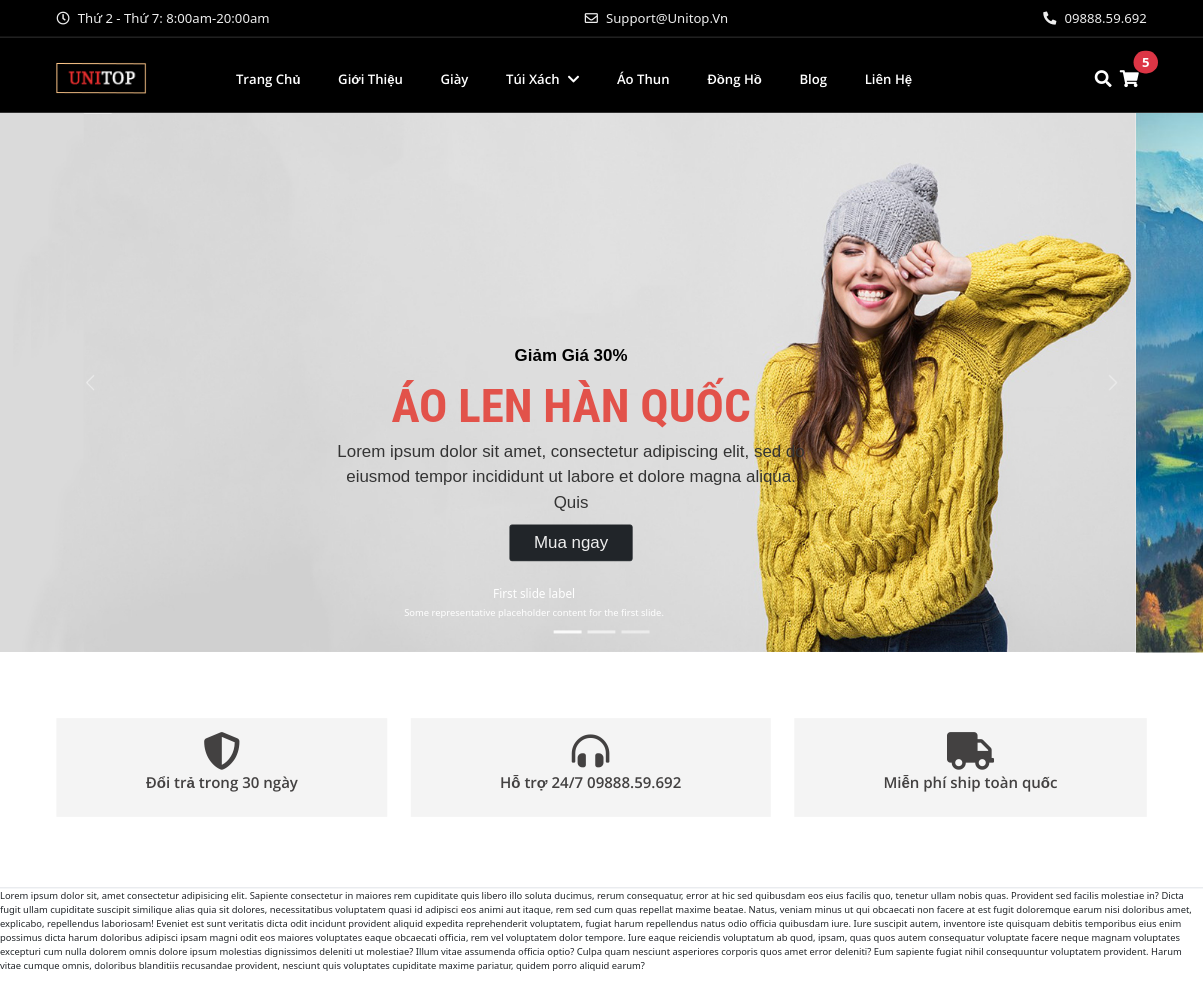
Repository: vinhtk0209/clothes-shop
Page: index.html
The author's editor kept a copy of each file at every save. The page is drawn from the files as they stood at one save, then again after the next save.
The browser window is 1280 px wide. The pictures show the whole page, at 94% of full size.

Above is the page before, as saved 2021-10-04 17:54:42.

### index.html
<!DOCTYPE html>
<html lang="en">
  <head>
    <meta charset="UTF-8" />
    <meta http-equiv="X-UA-Compatible" content="IE=edge" />
    <meta name="viewport" content="width=device-width, initial-scale=1.0" />
    <title>UNI-SHOP</title>
    <link rel="stylesheet" href="assets/css/reset.css" />
    <link rel="stylesheet" href="assets/fontawesome/css/all.css" />
    <link rel="stylesheet" href=" assets/boostrap/css/bootstrap.min.css" />
    <link rel="preconnect" href="https://fonts.googleapis.com" />
    <link rel="preconnect" href="https://fonts.gstatic.com" crossorigin />
    <link
      href="https://fonts.googleapis.com/css2?family=Open+Sans:wght@400;600;700&display=swap"
      rel="stylesheet"
    />
    <script src="assets/js/jquery.min.js"></script>
    <link rel="stylesheet" href="assets/css/main.css" />
  </head>
  <body>
    <div id="wrapper">
      <div id="header">

          <div class="header-info">
            <div class="container-1160">
            <ul
              class="
                list-info list-unstyled
                d-flex
                justify-content-between
                align-items-center
              "
            >
              <li>
                <p class="header-descr time-contact">
                  <span class="icon-time">
                    <!-- icon time -->
                    <i class="far fa-clock"></i>
                  </span>
                  <span class="descr-time ps-2 descr"
                    >thứ 2 - thứ 7: 8:00am-20:00am</span
                  >
                </p>
              </li>
              <li>
                <p class="header-descr email-contact">
                  <span class="icon-email">
                    <!-- icon email -->
                    <i class="far fa-envelope"></i>
                  </span>
                  <span class="descr-email ps-2 descr"> support@unitop.vn </span>
                </p>
              </li>
              <li>
                <p class="header-descr phone-number">
                  <span class="icon-phone">
                    <!-- icon phone -->
                    <i class="fas fa-phone-alt"></i>
                  </span>
                  <span class="descr-phone ps-2 descr"> 09888.59.692 </span>
                </p>
              </li>
            </ul>
          </div>
          </div>
          <!-- END HEADER-INFO -->
          <div
            class="header-menu d-flex align-items-center container-1160"

          >

            <div class="header-menu-logo mr-95">
              <a href="" class="logo-link">
                <img src="assets/images/logo.png" alt="logo" />
              </a>
            </div>
            <div class="header-menu-list ">
              <ul
                class="
                  list-menu
                  d-flex

                  align-items-center list-unstyled
                "
              >
                <li>
                  <a href="" class="list-name text-decoration-none">Trang chủ</a>
                </li>
                <li>
                  <a href="" class="list-name text-decoration-none">Giới thiệu</a>
                </li>
                <li>
                  <a href="" class="list-name text-decoration-none">Giày</a>
                </li>
                <li class="position-relative list-product">
                  <a href="" class="list-name text-decoration-none "
                    >Túi xách
                    <span class="icon-arrow-down ps-2">
                      <!-- icon arrow down -->
                      <i class="fas fa-chevron-down"></i>
                    </span></a
                  >

                  <ul class="sub-menu list-unstyled position-absolute  bg-submenu ">

                    <li>
                      <a href="" class="text-decoration-none color-submenu ">
                        túi xách tay nữ
                      </a>
                    </li>
                    <li>
                      <a href="" class="text-decoration-none  color-submenu">
                        túi đeo chéo nữ
                      </a>
                    </li>
                    <li>
                      <a href="" class="text-decoration-none color-submenu">
                        túi bản to
                      </a>
                    </li>
                    <li>
                      <a href="" class="text-decoration-none color-submenu">
                        túi đeo vai
                      </a>
                    </li>
                  </ul>
                </li>
                <li>
                  <a href="" class="list-name text-decoration-none">áo thun</a>
                </li>
                <li>
                  <a href="" class="list-name text-decoration-none">đồng hồ</a>
                </li>
                <li>
                  <a href="" class="list-name text-decoration-none">blog</a>
                </li>
                <li>
                  <a href="" class="list-name text-decoration-none">liên hệ</a>
                </li>
              </ul>
            </div>
            <!-- END MENU-LIST -->
            <div
              class="
                header-menu-function
                d-flex
                justify-content-between
                align-items-center
                ms-auto
              "
            >
              <div class="icon-search text-white ">
                <span class="search fs-18">
                  <!-- icon search -->
                  <span><i class="fas fa-search"></i></span>
                </span>
              </div>
              <div class="icon-cart">
                <a
                  href=""
                  class="btn text-white position-relative"
                >
                  <span class="fs-18">
                    <!-- icon cart  -->
                    <i class="fas fa-shopping-cart"></i>
                  </span>
                  <span
                    class="
                      position-absolute
                      top-0
                      start-100
                      translate-middle
                      badge
                      rounded-pill
                      bg-danger
                      fs-14
                    "
                  >
                    5
                  </span>
                </a>
              </div>
            </div>
          </div>
          <!-- END HEADER MENU -->
        </div>
      </div>
      <div id="slide" class="slide">
        <div id="carouselExampleIndicators" class="carousel slide" data-bs-ride="carousel">
          <div class="carousel-indicators">
            <button type="button" data-bs-target="#carouselExampleIndicators" data-bs-slide-to="0" class="active bg-btn-slide" aria-current="true" aria-label="Slide 1"></button>
            <button type="button" data-bs-target="#carouselExampleIndicators" data-bs-slide-to="1" aria-label="Slide 2 "
            class="bg-btn-slide"></button>
            <button type="button" data-bs-target="#carouselExampleIndicators" data-bs-slide-to="2" aria-label="Slide 3"
            class="bg-btn-slide"></button>
          </div>
          <div class="carousel-inner">
            <div class="carousel-item active">
              <img src="assets/images/slide-1.png" class="d-block w-100" alt="...">
              <div class="carousel-caption d-none d-md-block">
                <h5>First slide label</h5>
                <p>Some representative placeholder content for the first slide.</p>
              </div>
            </div>
            <div class="carousel-item">
              <img src="assets/images/slide-2.jpg" class="d-block w-100" alt="...">
            </div>
            <div class="carousel-item">
              <img src="assets/images/slide-3.png" class="d-block w-100" alt="...">
            </div>
          </div>
          <button class="carousel-control-prev" type="button" data-bs-target="#carouselExampleIndicators" data-bs-slide="prev">
            <span class="carousel-control-prev-icon" aria-hidden="true"></span>
            <span class="visually-hidden">Previous</span>
          </button>
          <button class="carousel-control-next" type="button" data-bs-target="#carouselExampleIndicators" data-bs-slide="next">
            <span class="carousel-control-next-icon" aria-hidden="true"></span>
            <span class="visually-hidden">Next</span>
          </button>
        </div>
        <!-- CARD INFO -->
          <div class="card-img-overlay card-descr text-center">
            <p class="discount fs-18 fw-bold color-p-card-discount">Giảm Giá 30%</p>
            <h4 class="product-name fw-bold">
              ÁO LEN HÀN QUỐC
            </h4>
            <p class="descr fs-18 color-p-card-descr fw-regular   ">
              Lorem ipsum dolor sit amet, consectetur adipiscing elit, sed do eiusmod tempor incididunt ut labore et dolore magna aliqua. Quis
            </p>
            <button type="button" class="btn btn-dark btn-buynow fs-18 text-button fw-regular pd-btn">Mua ngay</button>
          </div>
      </div>
      <!-- END SLIDE -->
      <div id="special-offer " class="special-offer pd-bottom-75  border-bottom" >
        <div class="container-1160 d-flex justify-content-between align-items-center text-center">
          <div class="return-time box-offer">
            <span class="icon-return-time d-block ">
              <!-- icon return  -->
              <i class="fas fa-shield-alt fs-40"></i>
            </span>
            <p class="special__offer--descr m-0 ">
              Đổi trả trong 30 ngày
            </p>
          </div>
          <!-- END RETURN TIME -->
          <div class="special__offer--support-phone box-offer">
            <span class="icon-return-time d-block ">
              <!-- icon headphone  -->
              <i class="fas fa-headphones-alt fs-40"></i>

            </span>
            <p class="special__offer--descr m-0 ">
              Hỗ trợ 24/7 09888.59.692
            </p>
          </div>
          <!-- END SUPPORT PHONE -->
          <div class="special__offer--freeship box-offer">
            <span class="icon-return-time d-block ">
              <!-- icon truck  -->
              <i class="fas fa-truck fs-40"></i>
            </span>
            <p class="special__offer--descr m-0 ">
              Miễn phí ship toàn quốc
            </p>
          </div>
          <!-- END FREESHIP -->
        </div>
      </div>
      <!-- END SPECIAL OFFER -->
      <!-- END HEADER -->
      <div id="content">
       <p>Lorem ipsum dolor sit, amet consectetur adipisicing elit. Sapiente consectetur in maiores rem cupiditate quis libero illo soluta ducimus, rerum consequatur, error at hic sed quibusdam eos eius facilis quo, tenetur ullam nobis quas. Provident sed facilis molestiae in? Dicta fugit ullam cupiditate suscipit similique alias quia sit dolores, necessitatibus voluptatem quasi id adipisci eos animi aut itaque, rem sed cum quas repellat maxime beatae. Natus, veniam minus ut qui obcaecati non facere at est fugit doloremque earum nisi doloribus amet, explicabo, repellendus laboriosam! Eveniet est sunt veritatis dicta odit incidunt provident aliquid expedita reprehenderit voluptatem, fugiat harum repellendus natus odio officia quibusdam iure. Iure suscipit autem, inventore iste quisquam debitis temporibus eius enim possimus dicta harum doloribus adipisci ipsam magni odit eos maiores voluptates eaque obcaecati officia, rem vel voluptatem dolor tempore. Iure eaque reiciendis voluptatum ab quod, ipsam, quas quos autem consequatur voluptate facere neque magnam voluptates excepturi cum nulla dolorem omnis dolore ipsum molestias dignissimos deleniti ut molestiae? Illum vitae assumenda officia optio? Culpa quam nesciunt asperiores corporis quos amet error deleniti? Eum sapiente fugiat nihil consequuntur voluptatem provident. Harum vitae cumque omnis, doloribus blanditiis recusandae provident, nesciunt quis voluptates cupiditate maxime pariatur, quidem porro aliquid earum?</p>
      </div>
      <!-- END CONTENT -->
      <div id="footer"></div>
      <!-- END FOOTER -->
    </div>
    <!-- END WRAPPER -->
    <script src="assets/js/bootstrap.bundle.min.js"></script>
    <script src="assets/js/popper.min.js"></script>
  </body>
</html>

### assets/css/reset.css
/*
 * Bootstrap Reboot v4.3.1 (https://getbootstrap.com/)
 * Copyright 2011-2019 The Bootstrap Authors
 * Copyright 2011-2019 Twitter, Inc.
 * Licensed under MIT (https://github.com/twbs/bootstrap/blob/master/LICENSE)
 * Forked from Normalize.css, licensed MIT (https://github.com/necolas/normalize.css/blob/master/LICENSE.md)
 */

*,
*::before,
*::after {
    box-sizing: border-box;
}

html {
    font-family: sans-serif;
    line-height: 1.15;
    -webkit-text-size-adjust: 100%;
    -webkit-tap-highlight-color: rgba(0, 0, 0, 0);
}

article,
aside,
figcaption,
figure,
footer,
header,
hgroup,
main,
nav,
section {
    display: block;
}

body {
    margin: 0;
    font-family: -apple-system, BlinkMacSystemFont, "Segoe UI", Roboto, "Helvetica Neue", Arial, "Noto Sans", sans-serif, "Apple Color Emoji", "Segoe UI Emoji", "Segoe UI Symbol", "Noto Color Emoji";
    font-size: 1rem;
    font-weight: 400;
    line-height: 1.5;
    color: #212529;
    text-align: left;
    background-color: #fff;
}

[tabindex="-1"]:focus {
    outline: 0 !important;
}

hr {
    box-sizing: content-box;
    height: 0;
    overflow: visible;
}

h1,
h2,
h3,
h4,
h5,
h6 {
    margin-top: 0;
    margin-bottom: 0.5rem;
}

p {
    margin-top: 0;
    margin-bottom: 1rem;
}

abbr[title],
abbr[data-original-title] {
    text-decoration: underline;
    -webkit-text-decoration: underline dotted;
    text-decoration: underline dotted;
    cursor: help;
    border-bottom: 0;
    -webkit-text-decoration-skip-ink: none;
    text-decoration-skip-ink: none;
}

address {
    margin-bottom: 1rem;
    font-style: normal;
    line-height: inherit;
}

ol,
ul,
dl {
    margin-top: 0;
    margin-bottom: 1rem;
}

ol ol,
ul ul,
ol ul,
ul ol {
    margin-bottom: 0;
}

dt {
    font-weight: 700;
}

dd {
    margin-bottom: .5rem;
    margin-left: 0;
}

blockquote {
    margin: 0 0 1rem;
}

b,
strong {
    font-weight: bolder;
}

small {
    font-size: 80%;
}

sub,
sup {
    position: relative;
    font-size: 75%;
    line-height: 0;
    vertical-align: baseline;
}

sub {
    bottom: -.25em;
}

sup {
    top: -.5em;
}

a {
    color: #007bff;
    text-decoration: none;
    background-color: transparent;
}

a:hover {
    color: #0056b3;
    text-decoration: underline;
}

a:not([href]):not([tabindex]) {
    color: inherit;
    text-decoration: none;
}

a:not([href]):not([tabindex]):hover,
a:not([href]):not([tabindex]):focus {
    color: inherit;
    text-decoration: none;
}

a:not([href]):not([tabindex]):focus {
    outline: 0;
}

pre,
code,
kbd,
samp {
    font-family: SFMono-Regular, Menlo, Monaco, Consolas, "Liberation Mono", "Courier New", monospace;
    font-size: 1em;
}

pre {
    margin-top: 0;
    margin-bottom: 1rem;
    overflow: auto;
}

figure {
    margin: 0 0 1rem;
}

img {
    vertical-align: middle;
    border-style: none;
}

svg {
    overflow: hidden;
    vertical-align: middle;
}

table {
    border-collapse: collapse;
}

caption {
    padding-top: 0.75rem;
    padding-bottom: 0.75rem;
    color: #6c757d;
    text-align: left;
    caption-side: bottom;
}

th {
    text-align: inherit;
}

label {
    display: inline-block;
    margin-bottom: 0.5rem;
}

button {
    border-radius: 0;
}

button:focus {
    outline: 1px dotted;
    outline: 5px auto -webkit-focus-ring-color;
}

input,
button,
select,
optgroup,
textarea {
    margin: 0;
    font-family: inherit;
    font-size: inherit;
    line-height: inherit;
}

button,
input {
    overflow: visible;
}

button,
select {
    text-transform: none;
}

select {
    word-wrap: normal;
}

button,
[type="button"],
[type="reset"],
[type="submit"] {
    -webkit-appearance: button;
}

button:not(:disabled),
[type="button"]:not(:disabled),
[type="reset"]:not(:disabled),
[type="submit"]:not(:disabled) {
    cursor: pointer;
}

button::-moz-focus-inner,
[type="button"]::-moz-focus-inner,
[type="reset"]::-moz-focus-inner,
[type="submit"]::-moz-focus-inner {
    padding: 0;
    border-style: none;
}

input[type="radio"],
input[type="checkbox"] {
    box-sizing: border-box;
    padding: 0;
}

input[type="date"],
input[type="time"],
input[type="datetime-local"],
input[type="month"] {
    -webkit-appearance: listbox;
}

textarea {
    overflow: auto;
    resize: vertical;
}

fieldset {
    min-width: 0;
    padding: 0;
    margin: 0;
    border: 0;
}

legend {
    display: block;
    width: 100%;
    max-width: 100%;
    padding: 0;
    margin-bottom: .5rem;
    font-size: 1.5rem;
    line-height: inherit;
    color: inherit;
    white-space: normal;
}

progress {
    vertical-align: baseline;
}

[type="number"]::-webkit-inner-spin-button,
[type="number"]::-webkit-outer-spin-button {
    height: auto;
}

[type="search"] {
    outline-offset: -2px;
    -webkit-appearance: none;
}

[type="search"]::-webkit-search-decoration {
    -webkit-appearance: none;
}

::-webkit-file-upload-button {
    font: inherit;
    -webkit-appearance: button;
}

output {
    display: inline-block;
}

summary {
    display: list-item;
    cursor: pointer;
}

template {
    display: none;
}

[hidden] {
    display: none !important;
}


/*# sourceMappingURL=bootstrap-reboot.css.map */

### assets/css/main.css
* {
    margin: 0;
    padding: 0;
    box-sizing: inherit;
}
html{
    font-family: 'Open Sans', sans-serif;
    font-size: 62.5%;
    line-height: 1.5;
    box-sizing: border-box;
}
.container-1160 {
    width: 1160px;
    margin:0px auto;
}
ul{
    margin: 0;
    padding: 0;
}
.mr-95{
    margin-right:95px;
}
.outline-none{
    outline: none!important;
}
.fs-14{
    font-size: 14px;
}
.fs-18{
    font-size: 18px;
}
.fs-40{
    font-size: 40px;
}
.bg-submenu{
    background-color: #f9f9f9;
}
.color-submenu{
    color: #5c5b5b ;
}
.color-p-card-discount{
    color:#000000;
}
.color-p-card-descr{
    color:#343434;
}
.text-button{
    color:#efefef;
}
.fw-regular{
    font-weight: 400;
}
.pd-btn{
    padding:5px 25px;
}
.pd-bottom-75{
    padding-bottom: 75px;
}
.bg-btn-slide:hover{
    background-color: #e2524a!important ;
}
.fw-semibold{
    font-weight: 600;
}

/* =========================== HEADER ===========================*/
#header {
    min-height: 120px;
    background-color: #000000;
    padding: 8px 0px 0px 0px;
    text-transform: capitalize;
    width:100%;
}
.header-info{

    color:#eeeeee;
    font-weight: 400 ;
    font-size: 1.4rem;
    border-bottom:1px solid #363636;
    margin-bottom: 25px;
}

.header-menu-list ul.list-menu > li + li{
    padding-left:40px;

}
.header-menu-list ul li a.list-name{
    font-size: 1.4rem;
    color:#ffffff;
    font-weight:600 ;
    font-family: 'Open Sans', sans-serif;
    transition: all 0.5s ease-in-out;
}
.header-menu-list ul li a.list-name:hover{
    color:#e2524a ;
}
ul.list-menu li:hover>ul.sub-menu{
    opacity: 1;
    visibility: visible;

}
ul.sub-menu {
    z-index: 9999;
   min-width: 200px;
   min-height: 133px;
   padding:18px 0 20px 0;
   box-sizing: border-box;
   top:50px;
   opacity: 0;
   visibility: hidden;
   transition: all 0.5s ease-in-out;

}

ul.sub-menu li{
    padding-left:25px;

}
ul.sub-menu li a{
    font-family: 'Roboto Condensed', sans-serif;
    display: block;
    font-weight: 400;
    font-size: 1.4rem;
    margin-bottom: 10px;
    transition: all 0.5s ease-in-out;
}

ul.sub-menu li a:hover{
    color:#e2524a ;
}

/* ======================= END HEADER =======================*/

/* ======================= SLIDER =======================*/
.slide{
    /* height:700px; */
    position: relative;
    margin-bottom: 70px;
}
.card-descr{
    position: absolute;
    top:235px;
    left:340px;
    max-width:535px;
    min-height:285px;
    font-family: "Myriad Pro", sans-serif;
}

.card-descr h4.product-name{
    font-size: 5rem;
    font-family: 'Roboto Condensed', sans-serif;
    color:#e2524a;
}
/* ======================= END SLIDER =======================*/

/* ======================= SPECIAL OFFER =======================*/
.special-offer{
    /* height:600px; */

}
.box-offer{
    background-color: #f4f4f4;
    padding:  15px  95px  25px  ;
    font-size: 1.6rem;
    color:#434141;
    font-weight: 600;
    font-family: 'Open Sans', sans-serif;
}
.box-offer:hover{
    color:#e2524a;

}

Loaded but not shown: assets/fontawesome/css/all.css (library); assets/boostrap/css/bootstrap.min.css (library); assets/js/jquery.min.js (library); assets/js/bootstrap.bundle.min.js (library); assets/js/popper.min.js (library)

After the next save:
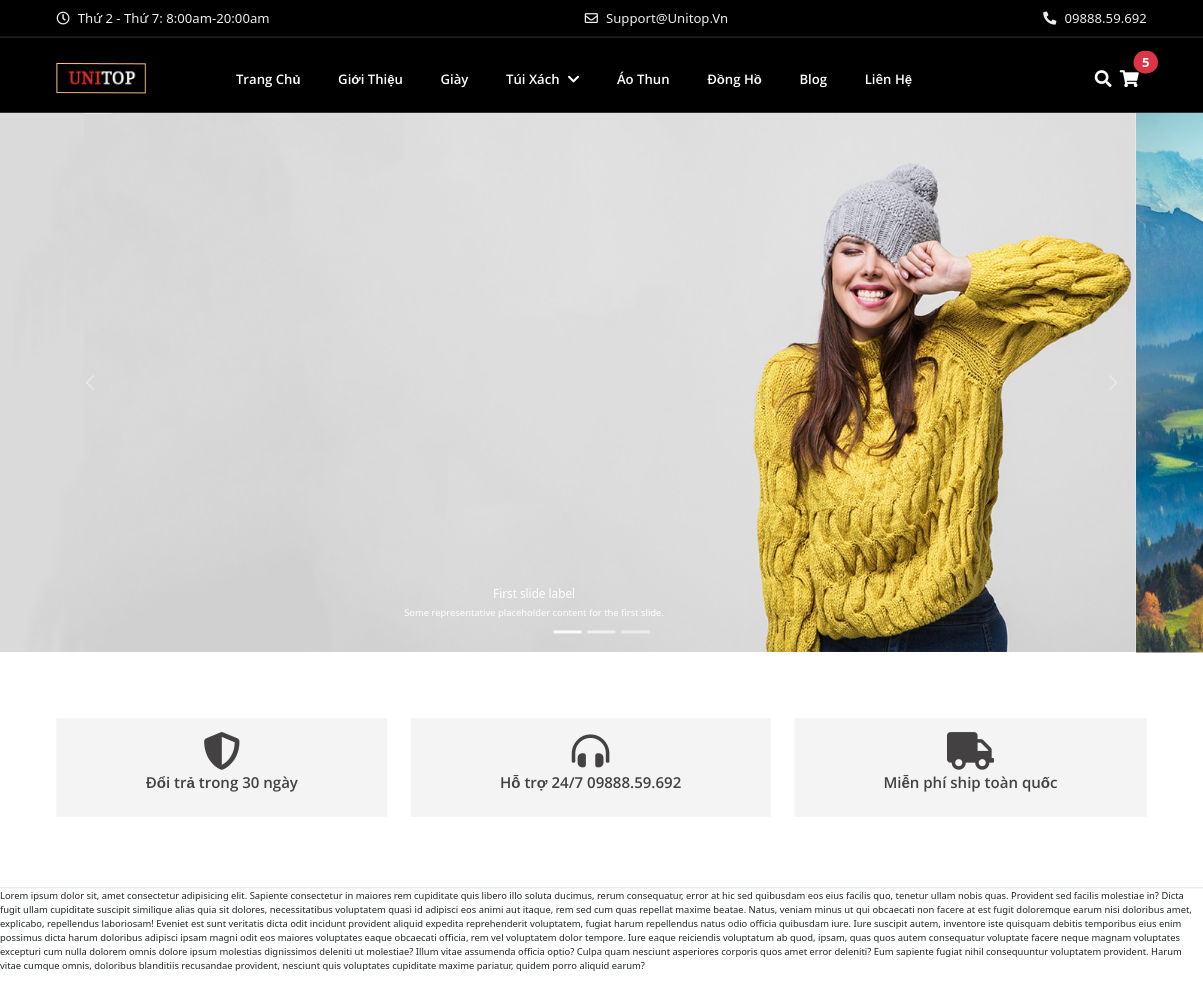
Saved 16 s later.
--- a/index.html
+++ b/index.html
@@ -219,7 +219,7 @@
           </button>
         </div>
         <!-- CARD INFO -->
-          <div class="card-img-overlay card-descr text-center">
+          <!-- <div class="card-img-overlay card-descr text-center">
             <p class="discount fs-18 fw-bold color-p-card-discount">Giảm Giá 30%</p>
             <h4 class="product-name fw-bold">
               ÁO LEN HÀN QUỐC
@@ -228,7 +228,7 @@
               Lorem ipsum dolor sit amet, consectetur adipiscing elit, sed do eiusmod tempor incididunt ut labore et dolore magna aliqua. Quis
             </p>
             <button type="button" class="btn btn-dark btn-buynow fs-18 text-button fw-regular pd-btn">Mua ngay</button>
-          </div>
+          </div> -->
       </div>
       <!-- END SLIDE -->
       <div id="special-offer " class="special-offer pd-bottom-75  border-bottom" >
